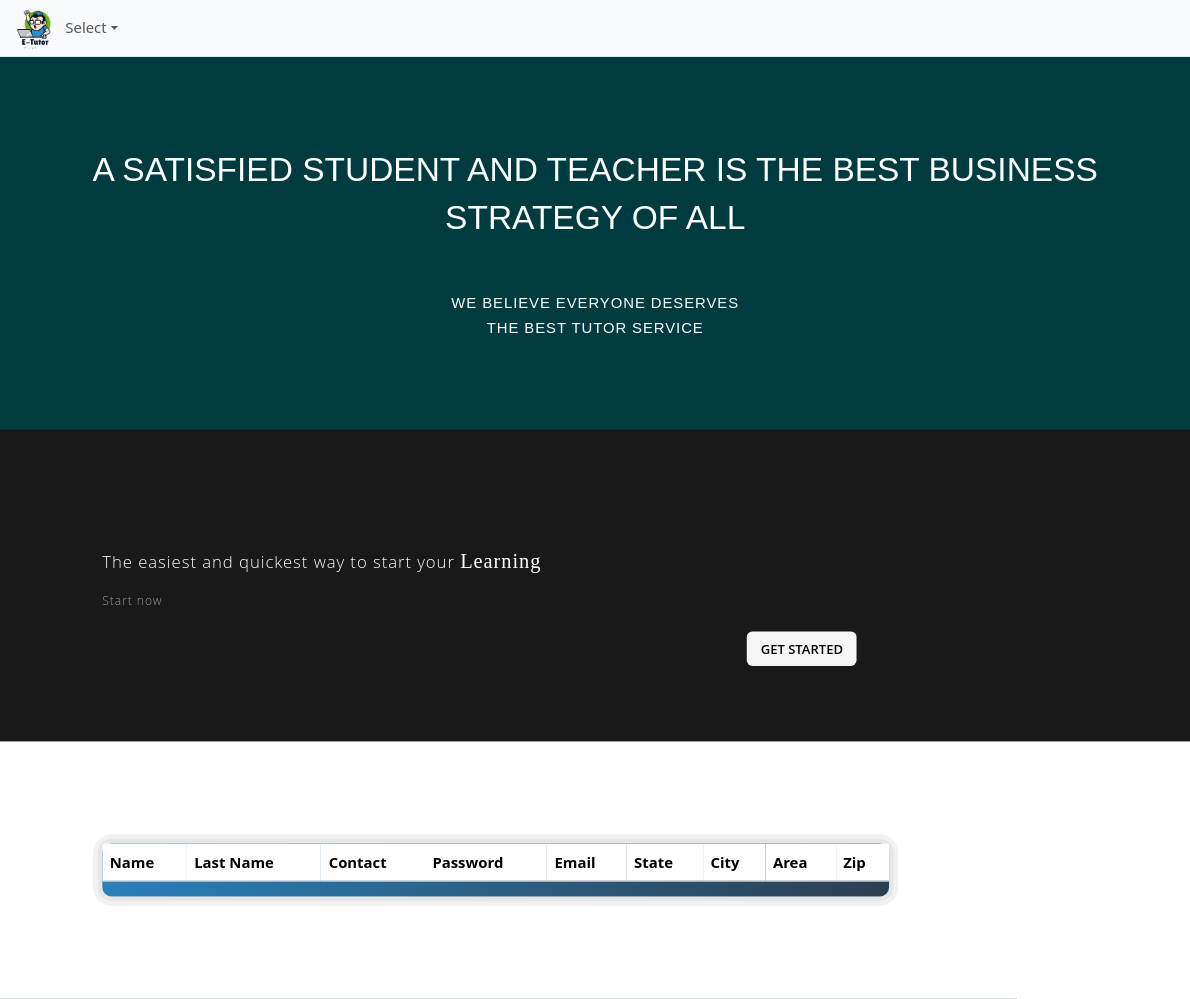
Repository: shailesh89-art/E-tutor-springboot-hibernate
Page: http://localhost/TUTOR_INVENTOR_1/pages/parent_Admin_edit.jsp
These files come from the project's save history. The page is drawn as it stood at one moment and after the next save; the edit follows.
The browser window is 1280 px wide. The pictures show the whole page, at 93% of full size.
Some web libraries are served in a nearby version. The page is served by Tomcat 9. Other server files are loaded and not shown. The template is opened directly, without the code that normally fills it, so the values that code supplies are empty.

Above is the page before, as saved 2023-05-03 14:14:58.

### TUTOR_INVENTOR_1/src/main/webapp/pages/parent_Admin_edit.jsp
<%@ taglib uri="http://www.springframework.org/tags/form" prefix="form"%> <%@ taglib uri="http://java.sun.com/jsp/jstl/core" prefix="c"%>
<!doctype html>
<html lang="en">
  <head>
    <!-- Required meta tags -->
    <meta charset="utf-8">
    <meta name="viewport" content="width=device-width, initial-scale=1, shrink-to-fit=no">

    <!-- Bootstrap CSS -->
      <link href="https://cdn.jsdelivr.net/npm/bootstrap@5.3.0-alpha1/dist/css/bootstrap.min.css" rel="stylesheet" integrity="sha384-GLhlTQ8iRABdZLl6O3oVMWSktQOp6b7In1Zl3/Jr59b6EGGoI1aFkw7cmDA6j6gD" crossorigin="anonymous">
    <script src="https://cdn.jsdelivr.net/npm/bootstrap@5.3.0-alpha1/dist/js/bootstrap.bundle.min.js" integrity="sha384-w76AqPfDkMBDXo30jS1Sgez6pr3x5MlQ1ZAGC+nuZB+EYdgRZgiwxhTBTkF7CXvN" crossorigin="anonymous"></script>
    <link rel="stylesheet" href="https://cdnjs.cloudflare.com/ajax/libs/font-awesome/4.7.0/css/font-awesome.min.css">
    <link rel="icon" type="image/x-icon" href="Assets/imgs/Screenshot_(160)-transformed (1)-fotor-bg-remover-20230423203452.png" >
      <title>Parent Admin</title>
    <style>




     .banner {

            background-size: cover;
            background-repeat: no-repeat;
            background-position: center center;
            width: 100%;
            height: 100%;
              background-color: #00838F;
        }

        .banner .opacity_overlay {
            height: 100%;
            width: 100%;
            background: rgba(0, 0, 0, 0.55);
            padding-top: 100px;
        }

        .banner .opacity_overlay .info {
            text-align: center;
            font-family: 'Montserrat', sans-serif;
        }

        .banner .opacity_overlay .info h2 {
            color: #fff;
            text-transform: uppercase;
            font-size: 36px;
        }

        .banner .opacity_overlay .info hr {
            width: 100px;
            margin-top: 30px;
            margin-bottom: 30px;
        }

        .banner .opacity_overlay .info h3 {
            color: #fff;
            text-transform: uppercase;
            font-size: 16px;
            letter-spacing: 1px;
        }

        .banner .opacity_overlay .secondary_layer {
            background: #191919;
            margin-top: 100px;
            padding-top: 15px;
            padding-bottom: 15px;
            font-family: "Open Sans", Arial, sans-serif;
        }

        .banner .opacity_overlay .secondary_layer .msg {
            font-size: 18px;
            color: #fff;
            font-weight: 300;
            letter-spacing: 1px;
        }

        .banner .opacity_overlay .secondary_layer .msg span {
            font-family: "Shadows Into Light", cursive;
            font-size: 22px;
        }

        .banner .opacity_overlay .secondary_layer .quote {
            font-size: 13px;
            color: #999;
            font-weight: 300;
            letter-spacing: 1px;
        }

        .banner .opacity_overlay .secondary_layer .btn {
            text-decoration: none;
            color: #000;
        }

        .banner .opacity_overlay .secondary_layer .btn button {
            background: #F5F5F5;
            border: none;
            border-radius: 6px;
            padding: 8px 15px;
            text-transform: uppercase;
            font-weight: 600;
            font-size: 14px;
            outline: none;
            transition: background-color 0.2s ease;
        }

        .banner .opacity_overlay .secondary_layer .btn button:hover {
            background: #000;
            color: #fff;
        }

        /* Font size change on browser resize */

        @media screen and (max-width: 991px) {
        .banner .opacity_overlay .info h2 {
            font-size: 30px;
        }
        }

        @media screen and (max-width: 768px) {
        .banner .opacity_overlay .info h2 {
            font-size: 26px;
        }
        }

        @media screen and (max-width: 631px) {
        .banner .opacity_overlay .info h2 {
            font-size: 22px;
        }
        }

        @media screen and (max-width: 534px) {
        .banner .opacity_overlay .info h2 {
            font-size: 20px;
        }
        }

        @media screen and (max-width: 991px) {
        .banner .opacity_overlay .info h3 {
            font-size: 12px;
        }
        }

        @media screen and (max-width: 534px) {
        .banner .opacity_overlay .info h3 {
            font-size: 10px;
        }
        }

        @media screen and (max-width: 768px) {
        .banner .opacity_overlay .secondary_layer .msg {
            font-size: 16px;
        }
        }

        @media screen and (max-width: 534px) {
        .banner .opacity_overlay .secondary_layer .msg {
            font-size: 13px;
        }
        }

        @media screen and (max-width: 768px) {
        .banner .opacity_overlay .secondary_layer .msg span {
            font-size: 18px;
        }
        }

        @media screen and (max-width: 534px) {
        .banner .opacity_overlay .secondary_layer .msg span {
            font-size: 16px;
        }
        }
        /*search button*/




        .advanced{

            text-decoration: none;
            font-size: 15px;
            font-weight: 500;
        }


        .btn-secondary,
        .btn-secondary:focus,
        .btn-secondary:active


         {
            color: #fff;
            background-color: #00838f !important;
            border-color: #00838f !important;
            box-shadow: none;
        }


        .advanced{

            color: #00838f !important;
        }






 .demo{ font-family: 'Noto Sans', sans-serif; }
.panel{
    background: linear-gradient(to right, #2980b9, #2c3e50);
    padding: 0;
    border-radius: 10px;
    border: none;
    box-shadow: 0 0 0 5px rgba(0,0,0,0.05),0 0 0 10px rgba(0,0,0,0.05);
}
.panel .panel-heading{
    padding: 20px 15px;
    border-radius: 10px 10px 0 0;
    margin: 0;
}
.panel .panel-heading .title{
    color: #fff;
    font-size: 28px;
    font-weight: 500;
    text-transform: capitalize;
    line-height: 40px;
    margin: 0;
}
.panel .panel-heading .btn{
    color: rgba(255,255,255,0.5);
    background: transparent;
    font-size: 16px;
    text-transform: capitalize;
    border: 2px solid #fff;
    border-radius: 50px;
    transition: all 0.3s ease 0s;
}
.panel .panel-heading .btn:hover{
    color: #fff;
    text-shadow: 3px 3px rgba(255,255,255,0.2);
}
.panel .panel-heading .form-control{
    color: #fff;
    background-color: transparent;
    width: 35%;
    height: 40px;
    border: 2px solid #fff;
    border-radius: 20px;
    display: inline-block;
    transition: all 0.3s ease 0s;
}
.panel .panel-heading .form-control:focus{
    background-color: rgba(255,255,255,0.2);
    box-shadow: none;
    outline: none;
}
.panel .panel-heading .form-control::placeholder{
    color: rgba(255,255,255,0.5);
    font-size: 15px;
    font-weight: 500;
}
.panel .panel-body{ padding: 0; }
.panel .panel-body .table thead tr th{
    color: #fff;
    background-color: rgba(255, 255, 255, 0.2);
    font-size: 16px;
    font-weight: 500;
    text-transform: uppercase;
    padding: 12px;
    border: none;
}
.panel .panel-body .table tbody tr td{
    color: #fff;
    font-size: 15px;
    padding: 10px 12px;
    vertical-align: middle;
    border: none;
}
.panel .panel-body .table tbody tr:nth-child(even){ background-color: rgba(255,255,255,0.05); }
.panel .panel-body .table tbody .action-list{
    padding: 0;
    margin: 0;
    list-style: none;
}
.panel .panel-body .table tbody .action-list li{
    display: inline-block;
    margin: 0 5px;
}
.panel .panel-body .table tbody .action-list li a{
    color: #fff;
    font-size: 15px;
    position: relative;
    z-index: 1;
    transition: all 0.3s ease 0s;
}
.panel .panel-body .table tbody .action-list li a:hover{ text-shadow: 3px 3px 0 rgba(255,255,255,0.3); }
.panel .panel-body .table tbody .action-list li a:before,
.panel .panel-body .table tbody .action-list li a:after{
    content: attr(data-tip);
    color: #fff;
    background-color: #111;
    font-size: 12px;
    padding: 5px 7px;
    border-radius: 4px;
    text-transform: capitalize;
    display: none;
    transform: translateX(-50%);
    position: absolute;
    left: 50%;
    top: -32px;
    transition: all 0.3s ease 0s;
}
.panel .panel-body .table tbody .action-list li a:after{
    content: '';
    height: 15px;
    width: 15px;
    padding: 0;
    border-radius: 0;
    transform: translateX(-50%) rotate(45deg);
    top: -18px;
    z-index: -1;
}
.panel .panel-body .table tbody .action-list li a:hover:before,
.panel .panel-body .table tbody .action-list li a:hover:after{
    display: block;
}
.panel .panel-footer{
    color: #fff;
    background-color: transparent;
    padding: 15px;
    border: none;
}
.panel .panel-footer .col{ line-height: 35px; }
.pagination{ margin: 0; }
.pagination li a{
    color: #fff;
    background-color: transparent;
    border: 2px solid transparent;
    font-size: 18px;
    font-weight: 500;
    text-align: center;
    line-height: 31px;
    width: 35px;
    height: 35px;
    padding: 0;
    margin: 0 3px;
    border-radius: 50px;
    transition: all 0.3s ease 0s;
}
.pagination li a:hover{
    color: #fff;
    background-color: transparent;
    border-color: rgba(255,255,255,0.2);
}
.pagination li a:focus,
.pagination li.active a,
.pagination li.active a:hover{
    color: #fff;
    background-color: transparent;
    border-color: #fff;
}
.pagination li:first-child a,
.pagination li:last-child a{
    border-radius: 50%;
}
.container{


    padding:60px;
    margin:50px;
}
 #logo{
        width: 4%;
      }
@media only screen and (max-width:767px){
    .panel .panel-heading .title{
        text-align: center;
        margin: 0 0 10px;
    }
    .panel .panel-heading .btn_group{ text-align: center; }
    .container{

        padding: 45px;
    }
     #logo{
        width: 19%;
      }
}







   }
    </style>
  </head>
  <body>
  <nav class="navbar navbar-expand-lg navbar-light bg-light">
        <div class="container-fluid">
           <img  id="logo" src="Assets/imgs/Screenshot_(160)-transformed (1)-fotor-bg-remover-20230423203452.png" alt="">
          <button class="navbar-toggler" type="button" data-bs-toggle="collapse" data-bs-target="#navbarColor03" aria-controls="navbarColor03" aria-expanded="false" aria-label="Toggle navigation">
            <span class="navbar-toggler-icon"></span>
          </button>
          <div class="collapse navbar-collapse" id="navbarColor03">
            <ul class="navbar-nav me-auto">

              <li class="nav-item dropdown">
                <a class="nav-link dropdown-toggle" data-bs-toggle="dropdown" href="#" role="button" aria-haspopup="true" aria-expanded="false">Select</a>
                <div class="dropdown-menu">
                  <a class="dropdown-item" href="ebook_list">book</a>

                  <a class="dropdown-item" href="/parentlogout">Log Out</a>
                  </div>
              </li>

            </ul>
          </div>
        </div>
      </nav>
      <div class="banner">
    	<div class="opacity_overlay">
    		<div class="info">
    			<h2>A satisfied Student and Teacher is the best business</h2>
    			<h2>strategy of all</h2>
    			<hr>
    			<h3>We believe everyone deserves</h3>
    			<h3>The best tutor service</h3>
    		</div>

    		<div class="secondary_layer">
    			<div class="container">
    				<div class="col-md-8 col-sm-6">
    					<p class="msg">The easiest and quickest way to start your <span>Learning</span></p>
    					<p class="quote">Start now</p>
    				</div>
    				<div class="col-md-4 col-sm-6 pull-right">
    					<a href="ebook_list" class="btn" ><button type="submit">Get Started</button></a>

    				</div>
    			</div>
    		</div>

    	</div>
    </div>


   <div class="container">

    <div class="row">
        <div class="col-md-offset-1 col-md-10">
            <div class="panel">

                <div class="panel-body table-responsive">

<table class="table">
<tr>
<th>Name</th>
<th>Last Name</th>
<th>Contact</th>
<th>Password</th>
<th>Email</th>
<th>State</th>
<th>City</th>
<th>Area</th>
<th>Zip</th>
</tr>
<c:forEach  items="${parent}" var="e">
<tr>

<td>${e.fname}</td>
<td>${e.lname}</td>
<td>${e.contact}</td>
<td>${e.pass}</td>
<td>${e.email}</td>
<td>${e.state}</td>
<td>${e.city}</td>
<td>${e.area}</td>
<td>${e.zip}</td>
<td>

  <a href="edit_parent?id=${e.id}"><i class='fa fa-edit' style="color:blue"></i></a> |
          <a href="delete_parentfirst?id=${e.id}"><i class="fa fa-trash" style="color:blue"></i></a>
        </td>
</tr>
</c:forEach>
</table>
</div>
</div>
</div>
</div>
</div>

 <script src="https://code.jquery.com/jquery-3.2.1.slim.min.js" integrity="sha384-KJ3o2DKtIkvYIK3UENzmM7KCkRr/rE9/Qpg6aAZGJwFDMVNA/GpGFF93hXpG5KkN" crossorigin="anonymous"></script>
    <script src="https://cdn.jsdelivr.net/npm/popper.js@1.12.9/dist/umd/popper.min.js" integrity="sha384-ApNbgh9B+Y1QKtv3Rn7W3mgPxhU9K/ScQsAP7hUibX39j7fakFPskvXusvfa0b4Q" crossorigin="anonymous"></script>
    <script src="https://cdn.jsdelivr.net/npm/bootstrap@4.0.0/dist/js/bootstrap.min.js" integrity="sha384-JZR6Spejh4U02d8jOt6vLEHfe/JQGiRRSQQxSfFWpi1MquVdAyjUar5+76PVCmYl" crossorigin="anonymous"></script>
</body>

After the next save:
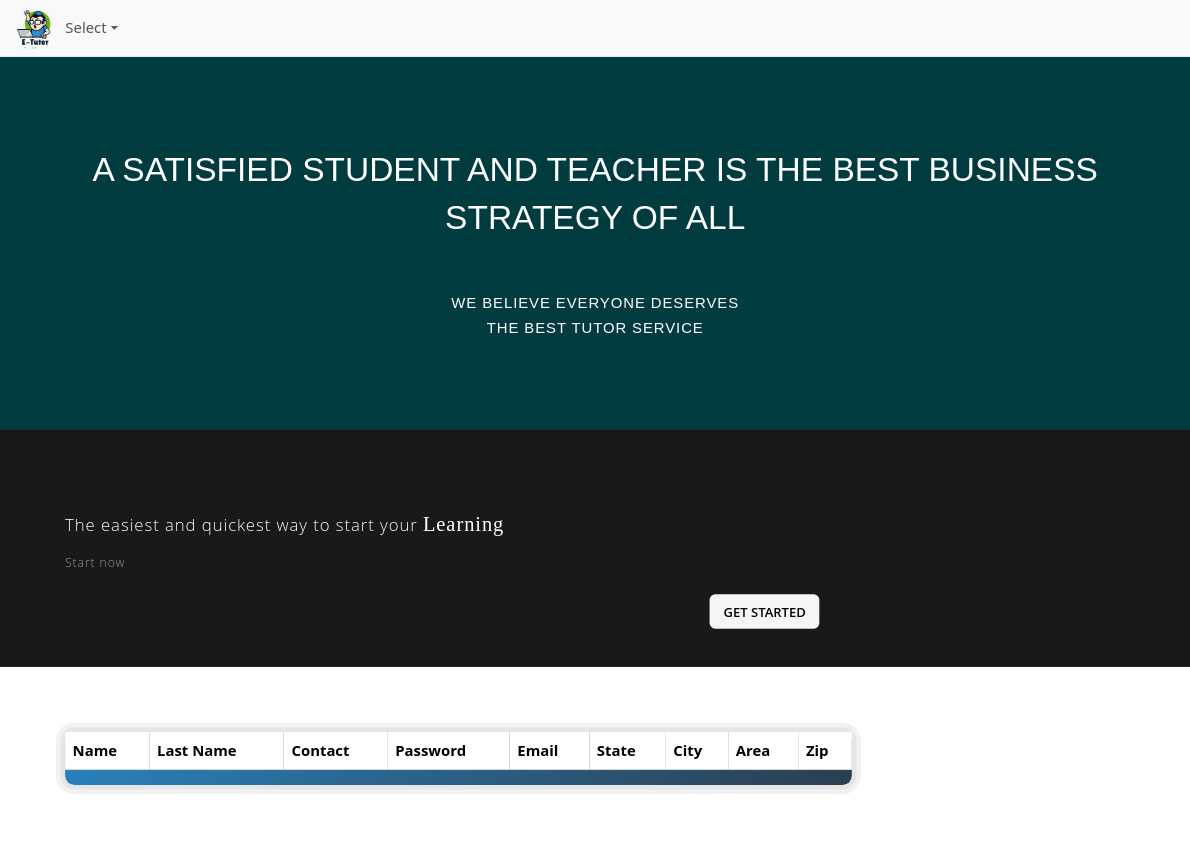
Saved 15 s later.
--- a/TUTOR_INVENTOR_1/src/main/webapp/pages/parent_Admin_edit.jsp
+++ b/TUTOR_INVENTOR_1/src/main/webapp/pages/parent_Admin_edit.jsp
@@ -366,7 +366,7 @@
 
 
     padding:60px;
-    margin:50px;
+    margin:10px;
 }
  #logo{
         width: 4%;
